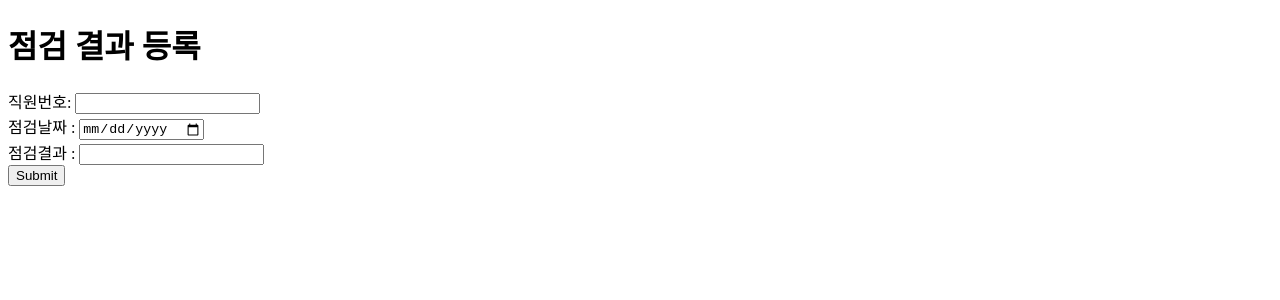
Repository: Awseok/InterDBTermProject
Page: FoodManager/WebContent/Inspection_modify.html
These files come from the project's save history. The page is drawn as it stood at one moment and after the next save; the edit follows.
The browser window is 1280 px wide. The pictures show the whole page.

Above is the page before, as saved 2020-06-29 06:42:54.

### FoodManager/WebContent/Inspection_modify.html
<!DOCTYPE html>
<html>
<head>
<meta charset="UTF-8">
<title>점검 결과 등록</title>
</head>
<body>
<h1> 점검 결과 등록 </h1>

<form action="http://localhost:8080/FoodManagerr/InspectionController">
직원번호: <input type="number" name="eno"> <br />
점검날짜 : <input type="date" name="date"> <br />
점검결과 : <input type="text" name="result"> <br />
<input type="submit">
</form>
</body>
</html>

After the next save:
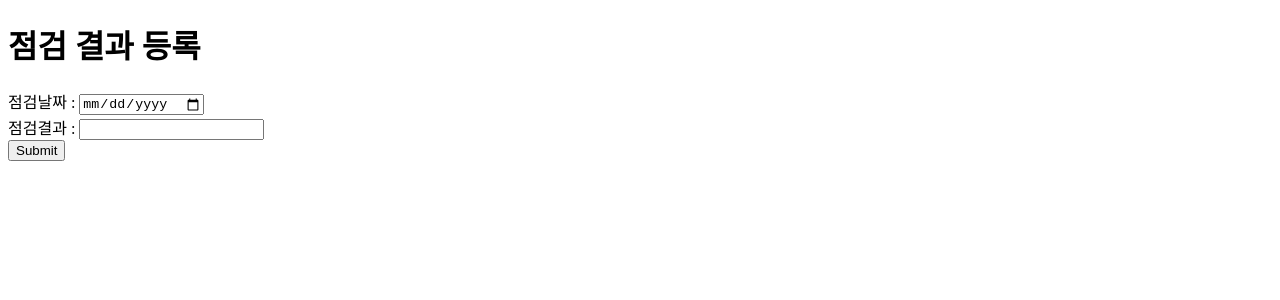
Saved 4 min 49 s later.
--- a/FoodManager/WebContent/Inspection_modify.html
+++ b/FoodManager/WebContent/Inspection_modify.html
@@ -8,7 +8,7 @@
 <h1> 점검 결과 등록 </h1>
 
 <form action="http://localhost:8080/FoodManagerr/InspectionController">
-직원번호: <input type="number" name="eno"> <br />
+
 점검날짜 : <input type="date" name="date"> <br />
 점검결과 : <input type="text" name="result"> <br />
 <input type="submit">
